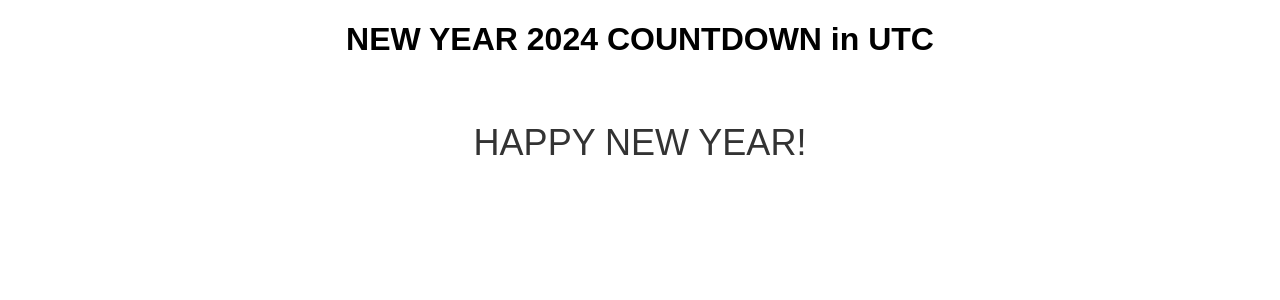
Repository: end888160/end888160.github.io
Page: countdown.html
An editor plug-in stored every save of this project. The page is shown before and after the next save, followed by the edit.
The browser window is 1280 px wide. The pictures show the whole page.

Above is the page before, as saved 2024-09-23 00:03:20.
Console error: TypeError: countdown is not a function

### countdown.html
<!DOCTYPE html>
<html lang="en">
<head>
	<meta charset="UTF-8">
	<meta name="viewport" content="width=device-width, initial-scale=1.0">
	<meta name="description" content="Let's celebrate the New Year!">
	<title>Countdown</title>
	<style>
	html {
		font-family: Arial, Helvetica, 'Gill Sans', 'Gill Sans MT', Calibri, 'Trebuchet MS', sans-serif;
	}
	#countdown {
		display: flex;
		justify-content: center;

		font-size: 5vh;
		margin-top: 5%;
		color: #333;
		border-color: white;


	}
	.counttdown-table {
		display: table;
	}

	.countdown-item {
		margin: 0 10px;
		text-align: center;
		display: table-cell;

	}

	.countdown-value {
		font-size: 2.5em;
		font-weight: bold;
		padding-left: 20px;
		padding-right: 20px;

	}

	.countdown-label {
		font-size: 0.75em;
		text-align: center;
		color: #777;
	}
	h1 {
		text-align: center;
		font-size: 2em;

	}

	@media (prefers-color-scheme: light) {
		html {
			background-color: white;
			color: black;
		}
		h2 {
			color:white;
		}
	}
	@media (prefers-color-scheme: dark) {
		.countdown-item {
			color: #bbb
		}
		h2 {
			color:black;
		}
		html {
			background-color: black;
			color: white;
		}
	}
	@media only screen and (orientation: portrait) {
		.countdown {
			display: table-row-group;
		}
		.countdown-item {
			display: table-row;
		}
		.countdown-label {
			display: table-cell;
			font-size: 1em;
			text-align: left;
		}
		.countdown-value {
			display: table-cell;
			font-size: 2em;
			padding-top: 15px;
			text-align: right;

		}
		h1 {
			font-size: x-large;
		}
	}
	</style>
</head>

<body>
	<h1 id="header">NEW YEAR COUNTDOWN</h1>

<div id="countdown">
	<div id="countdown-table">
	<div class="countdown-item">
		<div class="countdown-value"><span id="days"></span></div>
		<div class="countdown-label">Days</div>
	</div>

	<div class="countdown-item">
		<div class="countdown-value"><span id="hours"></span></div>
		<div class="countdown-label">Hours</div>
	</div>

	<div class="countdown-item">
		<div class="countdown-value"><span id="minutes"></span></div>
		<div class="countdown-label">Minutes</div>
	</div>

	<div class="countdown-item">
		<div class="countdown-value"><span id="seconds"></span></div>
		<div class="countdown-label">Seconds</div>
	</div>

	<div class="countdown-item">
		<div class="countdown-value"><span id="mseconds"></span></div>
		<div class="countdown-label"><br></div>
	</div>
</div>
</div>

<script>

// Update the count down every 1 second]
if ( new Date().getMonth() + 1 === 1 )  {
    var IfMonth = true
} else {
	var IfMonth = "false"
}
if ( new Date().getDate() === 1 )  {
    var IfDate = true
} else {
	var IfMonth = "false"
}
if ( IfMonth === IfDate ) {
    var countDownTarget = new Date().getFullYear();
} else {
	var countDownTarget = new Date().getFullYear() + 1;
}


var x = setInterval(function countdown() {

	// Set the date we're counting down to
	var countDownDate = new Date("Jan 1, " + countDownTarget + " 00:00:00").getTime();
	var currentTimeZone = Intl.DateTimeFormat().resolvedOptions().timeZone
	var offsetTimeZone = new Date().getTimezoneOffset();

	if (offsetTimeZone > 0){
    var offsetTimeZonem = offsetTimeZone - (Math.floor(offsetTimeZone / 60) * 60);
    } else if (offsetTimeZone < 0){
      var offsetTimeZonem = offsetTimeZone - (Math.ceil(offsetTimeZone / 60) * 60);
    }

    offsetTimeZone = (offsetTimeZone / 60) * (-1);
    if (offsetTimeZone > 0){
       var offsetTimeZone = "+" + offsetTimeZone;
    } else if (offsetTimeZonem < 10){
       var offsetTimeZonem = "0" + offsetTimeZonem;
	}

	// Get today's date and time
	var now = new Date().getTime();

	// Find the distance between now and the count down date
	var distance = countDownDate - now;

	// Time calculations for days, hours, minutes and seconds
	var days = Math.floor(distance / (1000 * 60 * 60 * 24));
	var hours = Math.floor((distance % (1000 * 60 * 60 * 24)) / (1000 * 60 * 60));
	var hour = hours < 10 ? "0" + hours : hours;
	var minutes = Math.floor((distance % (1000 * 60 * 60)) / (1000 * 60));
	var minute = minutes < 10 ? "0" + minutes : minutes;
	var seconds = Math.floor((distance % (1000 * 60)) / 1000);
	var second = seconds < 10 ? "0" + seconds : seconds;
	var mseconds = Math.floor(distance % 1000);
	var msecond = mseconds < 10 ? "0" + "0" + mseconds : mseconds < 100 ? "0" + mseconds : mseconds;

	// Display the result in the element with id="countdown"
	document.getElementById("days").innerHTML = days;
	document.getElementById("hours").innerHTML = hour;
	document.getElementById("minutes").innerHTML = minute;
	document.getElementById("seconds").innerHTML = second;
	document.getElementById("mseconds").innerHTML = msecond;
	if ( currentTimeZone === "UTC" ) {
		document.getElementById("header").innerHTML = "NEW YEAR " + countDownTarget + " COUNTDOWN in " + currentTimeZone;
	} else {
		document.getElementById("header").innerHTML = "NEW YEAR " + countDownTarget + " COUNTDOWN in " + currentTimeZone + " (UTC" + offsetTimeZone + ")";
	}


	// If the count down is finished, write some text
	if (distance < 0) {
		clearInterval(x);
		document.getElementById("countdown").innerHTML = "HAPPY NEW YEAR!";
	}
	setTimeout(countdown, 1);
}, 0);
document.title = "Countdown to " + countDownTarget;
countdown()
</script>
</body>
</html>

After the next save:
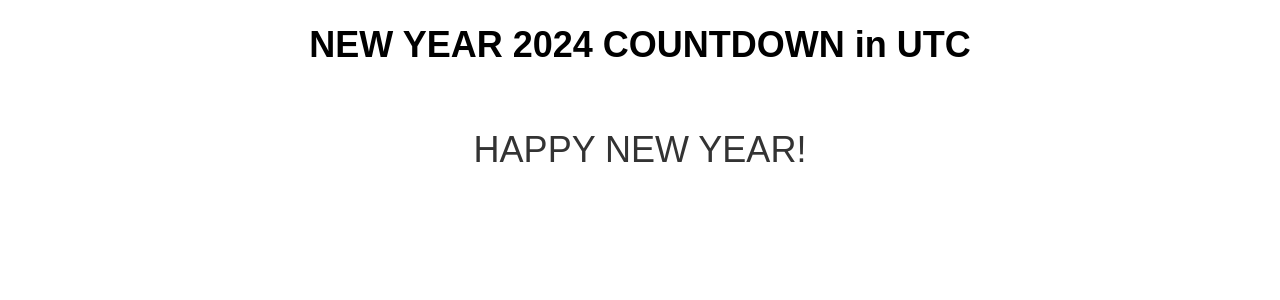
Console error: TypeError: Cannot set properties of null (setting 'innerHTML')
Saved 25 min 11 s later.
--- a/countdown.html
+++ b/countdown.html
@@ -32,7 +32,7 @@
 	}
 
 	.countdown-value {
-		font-size: 2.5em;
+		font-size: 2.75em;
 		font-weight: bold;
 		padding-left: 20px;
 		padding-right: 20px;
@@ -46,7 +46,7 @@
 	}
 	h1 {
 		text-align: center;
-		font-size: 2em;
+		font-size: 2.25em;
 
 	}
 
@@ -207,7 +207,6 @@ var x = setInterval(function countdown() {
 	setTimeout(countdown, 1);
 }, 0);
 document.title = "Countdown to " + countDownTarget;
-countdown()
 </script>
 </body>
 </html>
